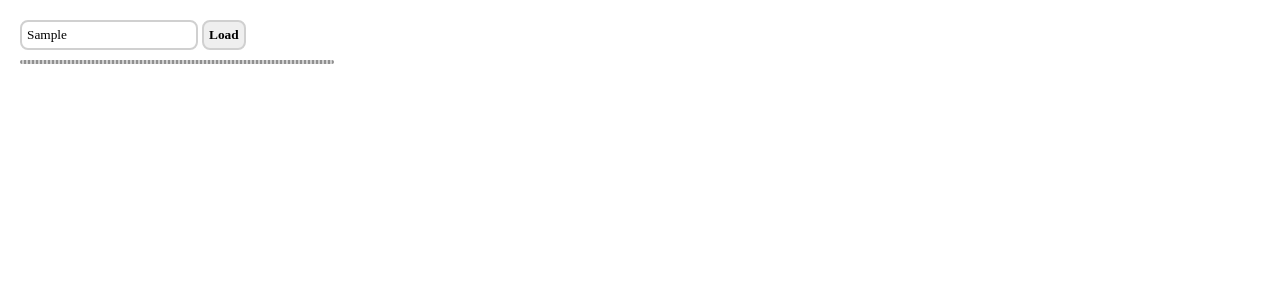
Repository: jenny241093/JS-Core
Page: 03.JSApplications/08.TemplatinExercises/01.List-Towns/listTown.html
The author's editor kept a copy of each file at every save. The page is drawn from the files as they stood at one save, then again after the next save.
The browser window is 1280 px wide. The pictures show the whole page.
Empty fields were first filled with sample values (such as "Sample", 5 or name@example.com).
After loading, the first visible `#btnLoadTowns` was clicked once.
Some web fonts or font styles are not loaded; a fallback is used. Some web libraries are served in a nearby version.

Above is the page before, as saved 2019-04-04 19:16:47.

After the next save:
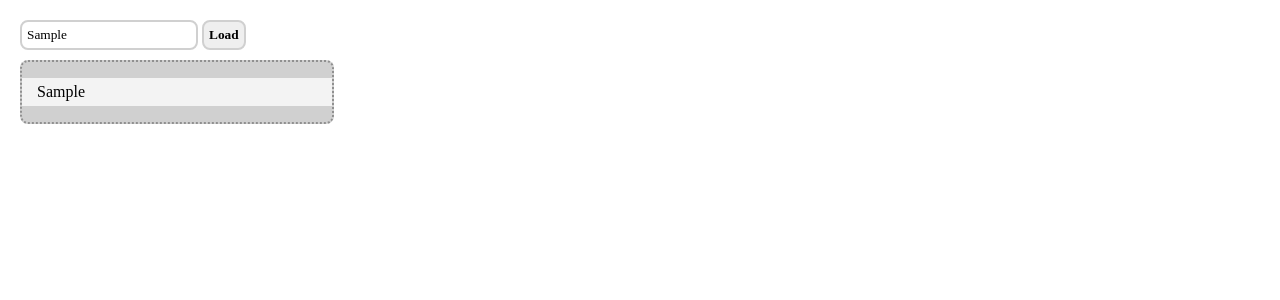
Saved 49 s later.
--- a/03.JSApplications/08.TemplatinExercises/01.List-Towns/towns.js
+++ b/03.JSApplications/08.TemplatinExercises/01.List-Towns/towns.js
@@ -29,7 +29,7 @@ function attachEvents() {
     async function renderTowns(towns) {
         let source = await $.get('template.hbs');
         let template = Handlebars.compile(source);
-
+        $('#root').html(template(towns));
     }
 }
 //Sofia, Varna, Burgas
